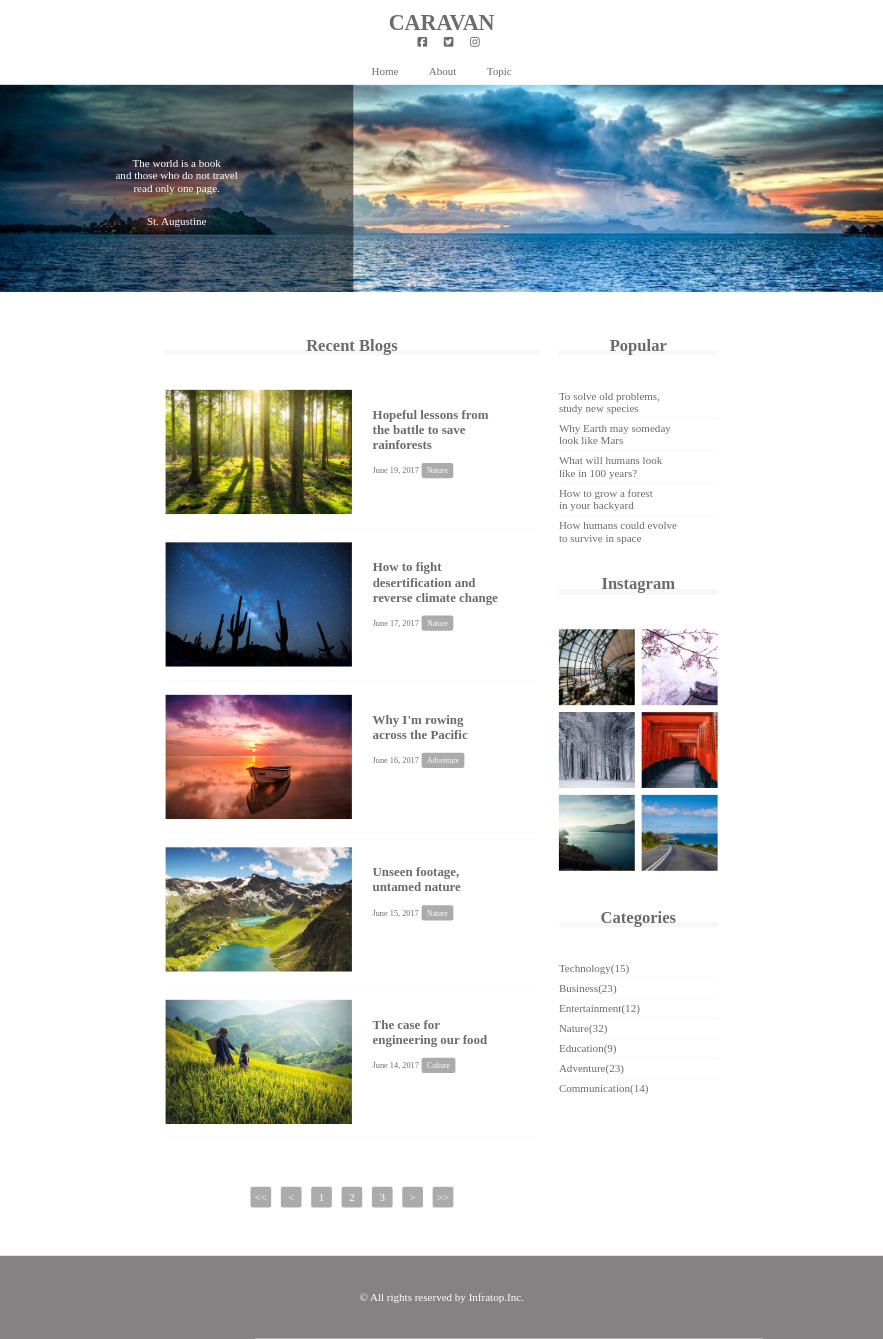
Repository: kowatann/sample_app
Page: caravan/index.html
The author's editor kept a record of every edit. The page is drawn from the files as they stood at one moment, then again after the next edit.
The browser window is 1280 px wide. The pictures show the whole page, at 69% of full size.
Some web libraries are served in a nearby version.

Above is the page before.

After the next edit:
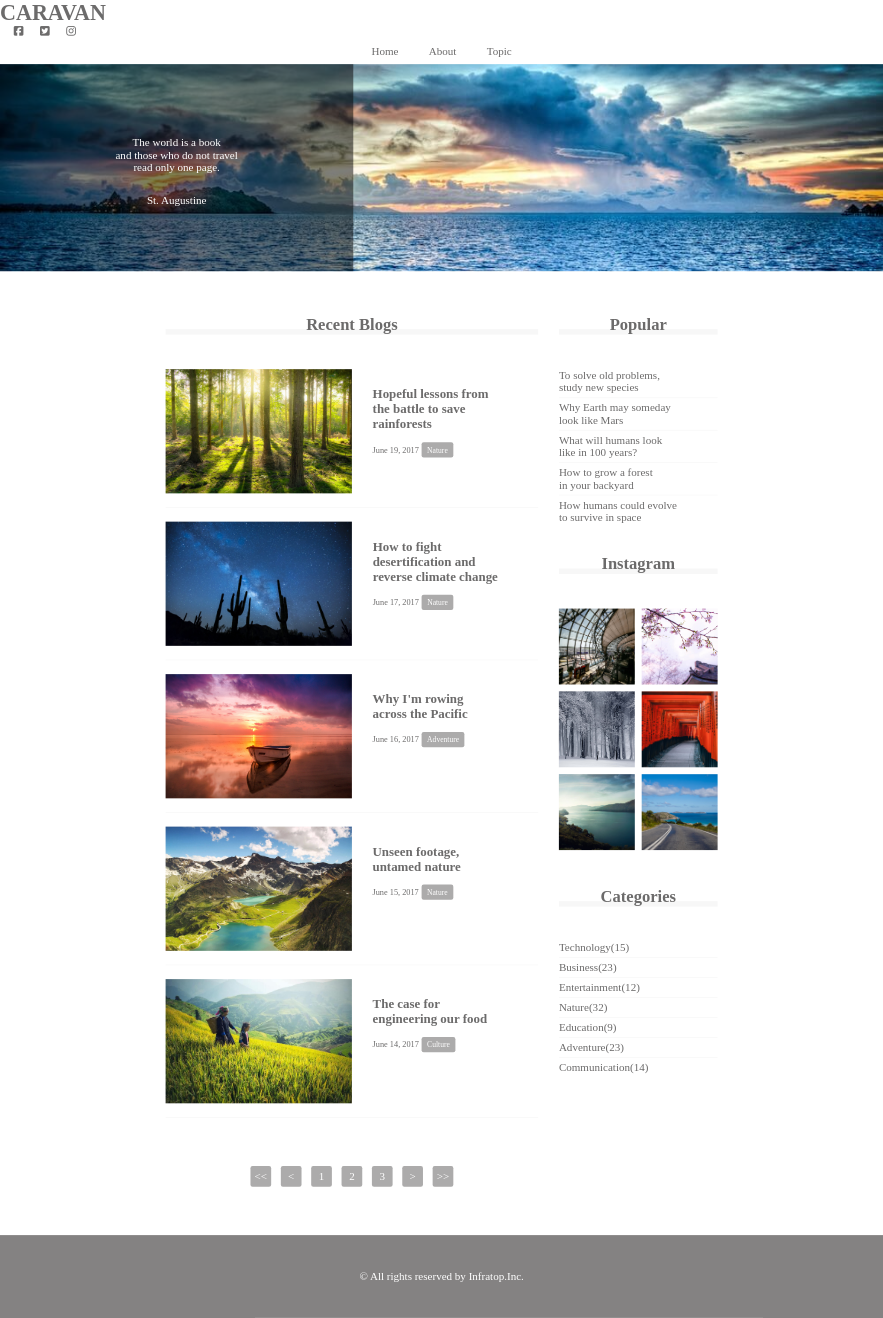
The edit:
--- a/caravan/style.css
+++ b/caravan/style.css
@@ -10,10 +10,6 @@
 }
 
 header {
-  width: 90%;
-  padding: 15px 0;
-  margin: 0 auto;
-  text-align: center;
   position: relative;
 }
 
